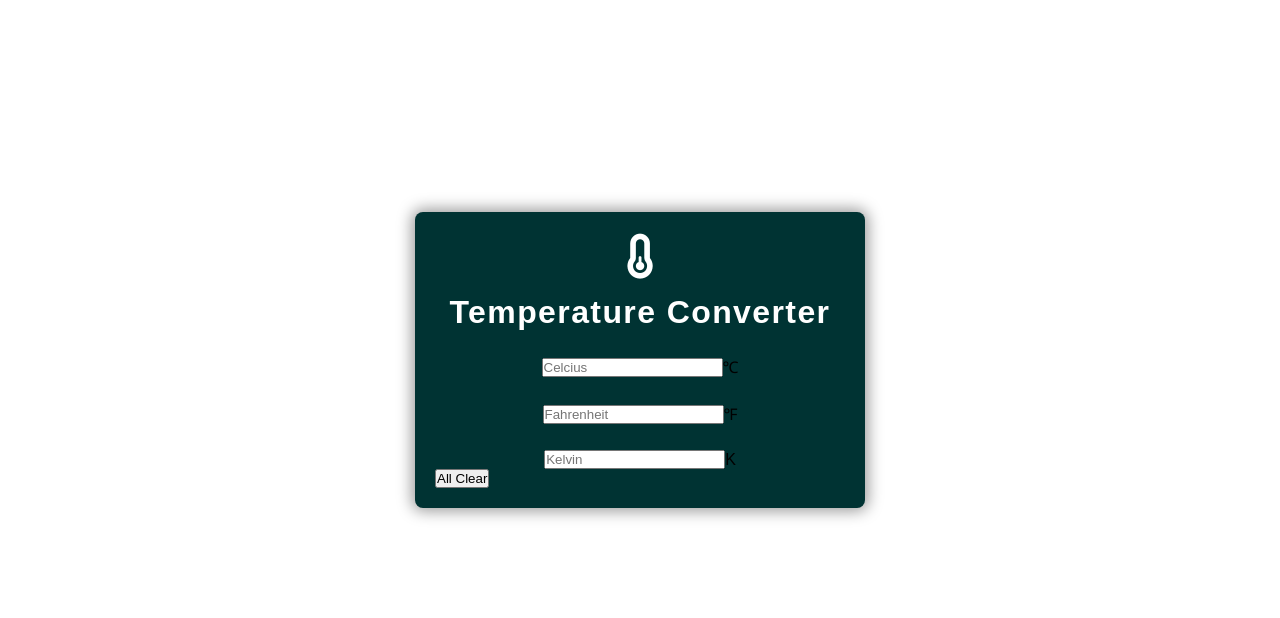
Repository: kiranjeetkaur01/tempconverter.github.io
Page: index.html
The author's editor kept a copy of each file at every save. The page is drawn from the files as they stood at one save, then again after the next save.
The browser window is 1280 px wide. The pictures show the whole page.

Above is the page before, as saved 2023-09-27 12:47:11.

After the next save:
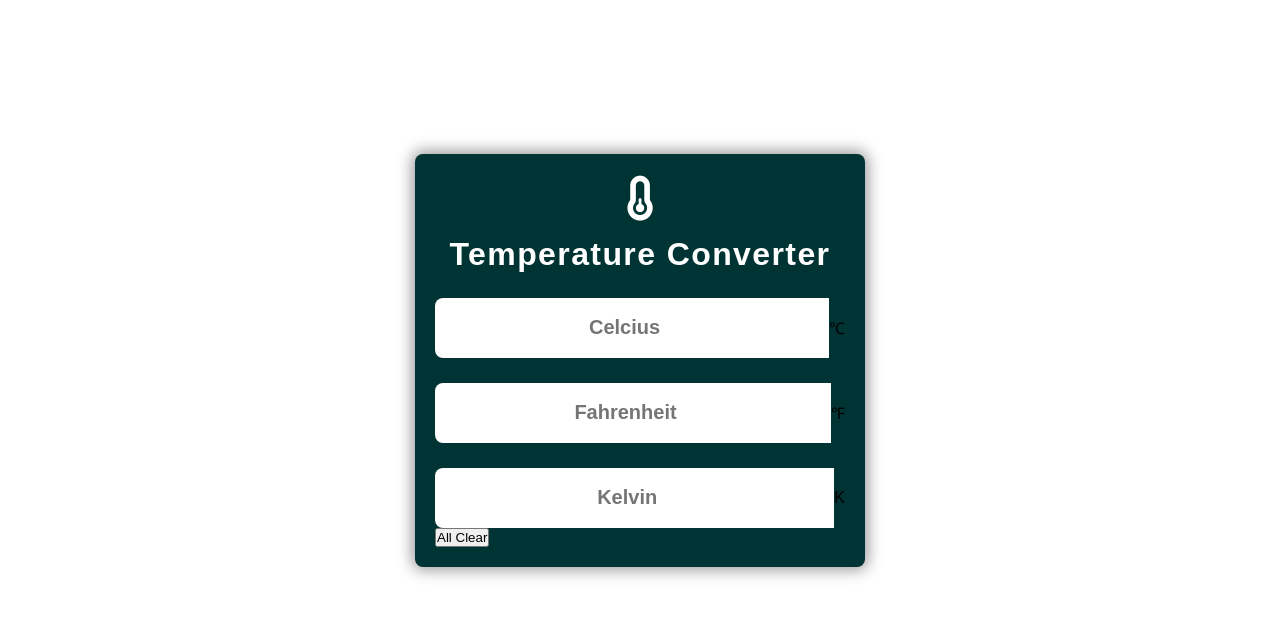
Saved 113 s later.
--- a/style.css
+++ b/style.css
@@ -41,3 +41,14 @@ h1 {
   align-items: center;
   margin-top: 25px;
 }
+
+input {
+  flex: 5;
+  height: 60px;
+  font-size: 20px;
+  font-weight: 600;
+  text-align: center;
+  border: none;
+  outline: none;
+  border-radius: 8px 0 0 8px;
+}
